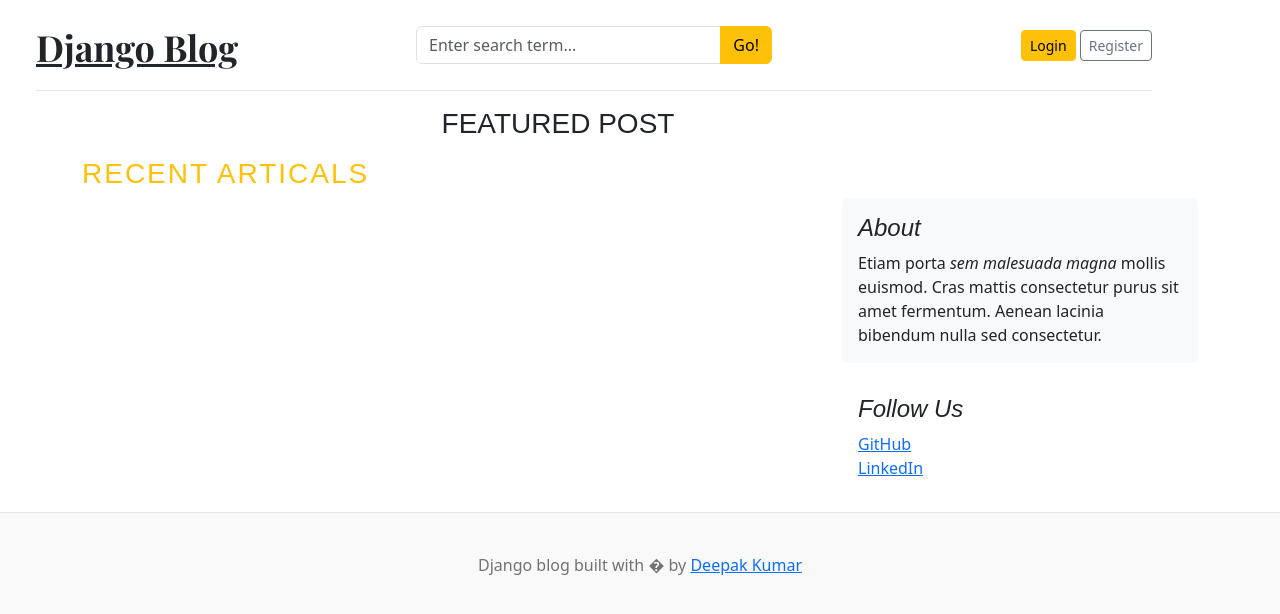
Repository: vijayholve/Blog-Website-Django
Page: templates/home.html
The author's editor kept a copy of each file at every save. The page is drawn from the files as they stood at one save, then again after the next save.
The browser window is 1280 px wide. The pictures show the whole page.
Some web fonts or font styles are not loaded; a fallback is used. The template is drawn by Django 5.2. The application's start-up code is not run. The template is opened directly, without the code that normally fills it, so the values that code supplies are empty.

Above is the page before, as saved 2025-01-29 16:18:43.

After the next save:
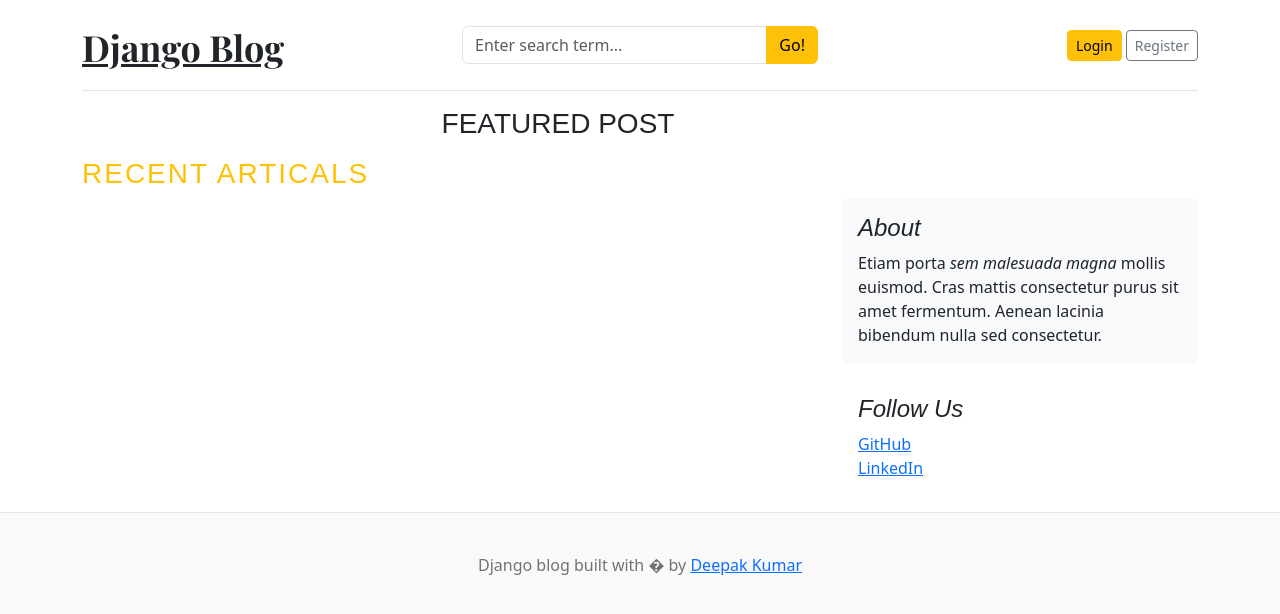
Saved 17 s later.
--- a/templates/base/header.html
+++ b/templates/base/header.html
@@ -17,7 +17,7 @@
 
   </head>
 <body>
-    <div class="container ml-4">
+    <div class="container ">
       <header class="blog-header py-3">
         <div class="row flex-nowrap justify-content-between align-items-center">
           <div class="col-4 pt-1">
